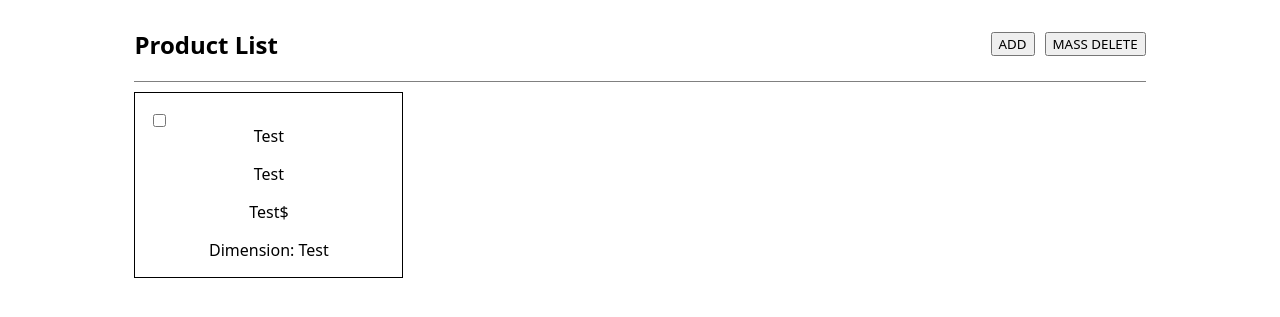
Repository: gabyto19/scandiweb
Page: http://localhost/
These files come from the project's save history. The page is drawn as it stood at one moment and after the next save; the edit follows.
The browser window is 1280 px wide. The pictures show the whole page.
The page is run by PHP 8.4 with error messages shown; the project is at /var/www/html/.

Above is the page before, as saved 2023-03-08 00:57:40.

### index.php
<!DOCTYPE html>
<html lang="en">

<head>
  <meta charset="UTF-8" />
  <meta name="viewport" content="width=device-width, initial-scale=1.0" />
  <title>Vue Basics</title>
  <link href="https://fonts.googleapis.com/css2?family=Jost:wght@400;700&display=swap" rel="stylesheet" />
  <link rel="stylesheet" href="styles.css" />
  <script src="https://unpkg.com/vue@next" defer></script>
  <script src="https://unpkg.com/vue@3/dist/vue.global.js"></script>
</head>

<body>
  <section id="app">
    <nav>
      <h2>Product List</h2>
      <div class="rightButtons">
        <button><a style="text-decoration: none; color: black" href="addPage.php">ADD</a>
        </button>
        <button class="delete-checkbox" id="delete-product-btn">MASS DELETE</button>
      </div>
    </nav>


    <div class="grid-container">
      <div>
        <input type="checkbox" id="delete-checkbox" class="delete-checkbox" />
        <p>Test</p>
        <p>Test</p>
        <p>Test$</p>
        <p>Dimension: Test</p>

      </div>
    </div>
    </div>
  </section>

  <script src="https://unpkg.com/vue@3/dist/vue.global.js"></script>
  <script src="index.js"></script>

</body>

</html>
<style scoped>
  .rightButtons button:first-child {
    margin-right: 10px;
  }

  .grid-container {
    display: grid;
    grid-template-columns: auto auto auto auto;
    gap: 40px;
    padding: 10px;
    width: 80%;
    margin: auto;
  }

  .grid-container>div {
    text-align: center;
    border: solid 1px;
    width: 85%;
  }

  .grid-container input {
    display: block;
    position: relative;
    left: 5%;
    top: 10%;
  }
</style>

### styles.css
nav {
    width: 80%;
    display: flex;
    justify-content: space-between;
    align-items: center;
    margin: auto;
    border-bottom: solid 1px gray;
  }

  * {
    font-family: system-ui;
  }

### index.js
Vue.createApp({
  data() {
    return {
      sku: "",
      name: "",
      price: "",
      dimension: "",
      allData: "",
    };
  },
  methods: {
    fetchAllData() {
      axios
        .post("insert-product.php", {
          action: "fetchall",
        })
        .then(function (response) {
          application.allData = response.data;
        });
    },
  },
}).mount("#app");

After the next save:
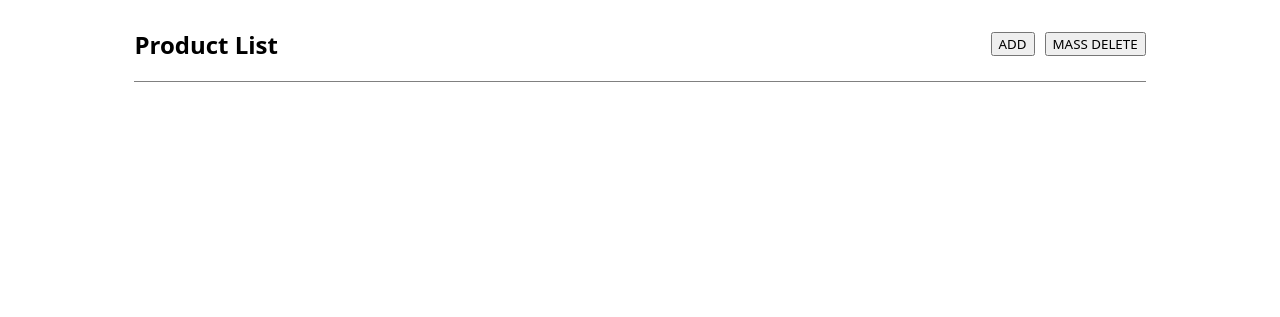
Saved 63 s later.
--- a/index.php
+++ b/index.php
@@ -24,7 +24,7 @@
 
 
     <div class="grid-container">
-      <div>
+      <div v-for="row in allData">
         <input type="checkbox" id="delete-checkbox" class="delete-checkbox" />
         <p>Test</p>
         <p>Test</p>
